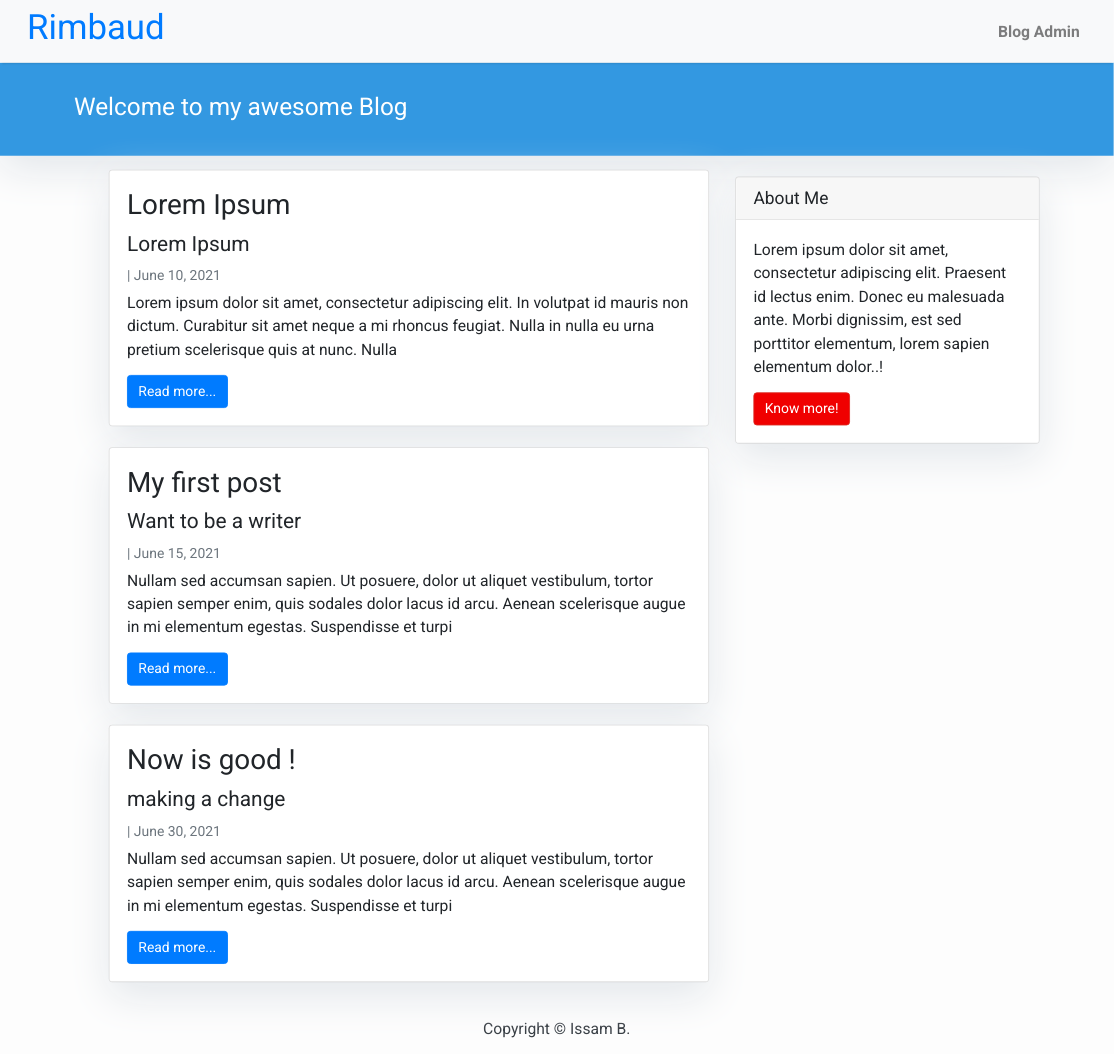
Repository: IssamBouzidi/rimbaud
Page: http://localhost/
The author's editor kept a copy of each file at every save. The page is drawn from the files as they stood at one save, then again after the next save.
The browser window is 1280 px wide. The pictures show the whole page, at 87% of full size.
The page is served by the project's application, run on Django 3.2 (manage.py). The page reads the database file committed with the project.

Above is the page before, as saved 2021-06-04 01:04:24.

After the next save:
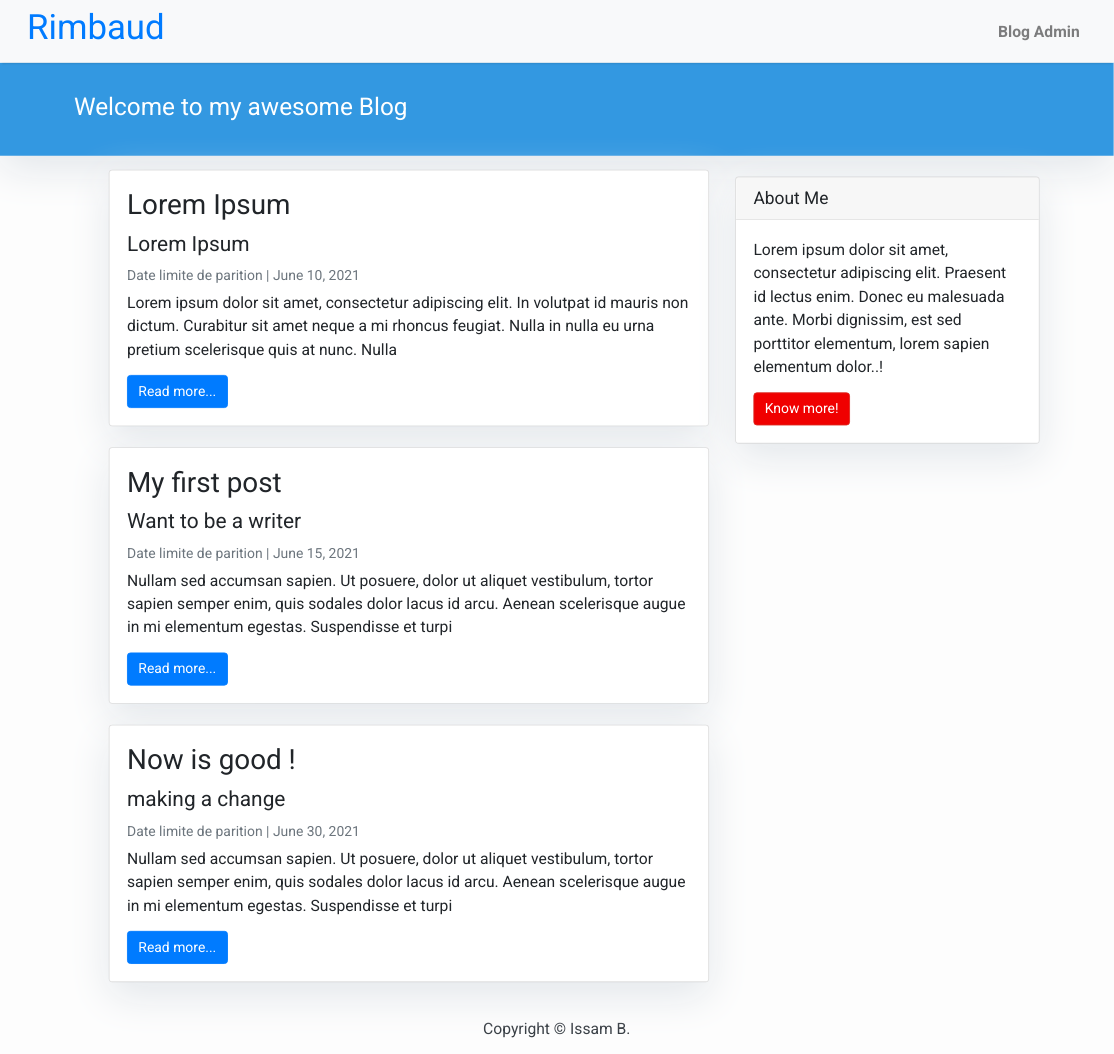
Saved 64 s later.
--- a/blog/templates/detail_article.html
+++ b/blog/templates/detail_article.html
@@ -4,7 +4,7 @@
         <div class="card-body">
             <h2 class="card-title">{{ article.title }}</h2>
             <h4 class="card-title">{{ article.description }}</h4>
-            <p class="card-text text-muted h6">{{ article.author }} | {{ article.visibility_date_limit}} </p>
+            <p class="card-text text-muted h6">Date limite de parition | {{ article.visibility_date_limit}} </p>
             <p class="card-text">{{article.article|slice:":200" }}</p>
             <a href="/article/{{ article.id }}" class="btn btn-primary">Read more...</a>
         </div>
